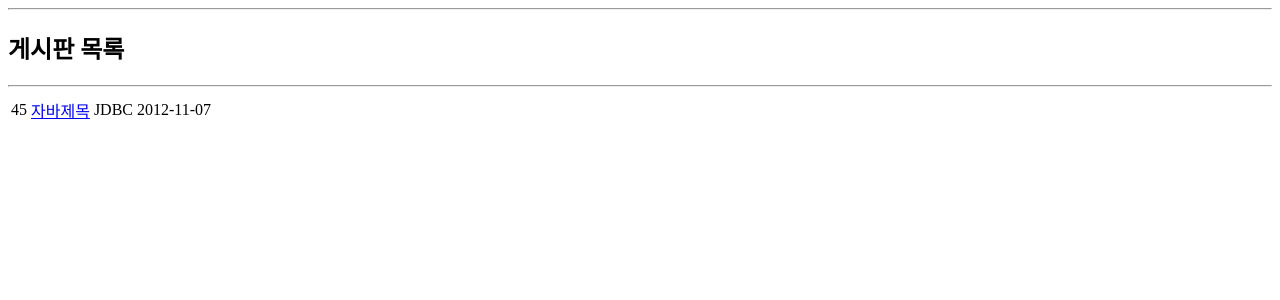
Repository: Jooheehan-kopo/web-workspace
Page: Lecture-web/WebContent/css/detailBoard.html
These files come from the project's save history. The page is drawn as it stood at one moment and after the next save; the edit follows.
The browser window is 1280 px wide. The pictures show the whole page.

Above is the page before, as saved 2021-06-11 06:05:28.

After the next save:
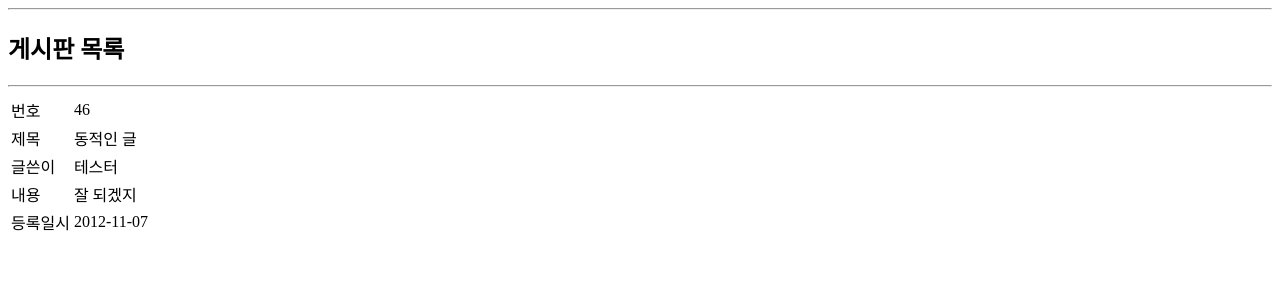
Saved 7 min 38 s later.
--- a/Lecture-web/WebContent/css/detailBoard.html
+++ b/Lecture-web/WebContent/css/detailBoard.html
@@ -3,16 +3,36 @@
 <head>
 <meta charset="UTF-8">
 <title>Insert title here</title>
+<style>
+tr:first-child{
+ text-
+}
+</style>
+
 </head>
 <body>
 	<hr>
 	<h2>게시판 목록</h2>
 	<hr>
 	<table>
-	<tr>
-			<td>45</td>
-			<td id="tt"><a href="detailBoard.html">자바제목 </a></td>
-			<td>JDBC</td>
+		<tr>
+			<td>번호</td>
+			<td>46</td>
+		</tr>
+		<tr>
+			<td>제목</td>
+			<td>동적인 글</td>
+		</tr>
+		<tr>
+			<td>글쓴이</td>
+			<td>테스터</td>
+		</tr>
+		<tr>
+			<td>내용</td>
+			<td>잘 되겠지</td>
+		</tr>
+		<tr>
+			<td>등록일시</td>
 			<td>2012-11-07</td>
 		</tr>
 	</table>
